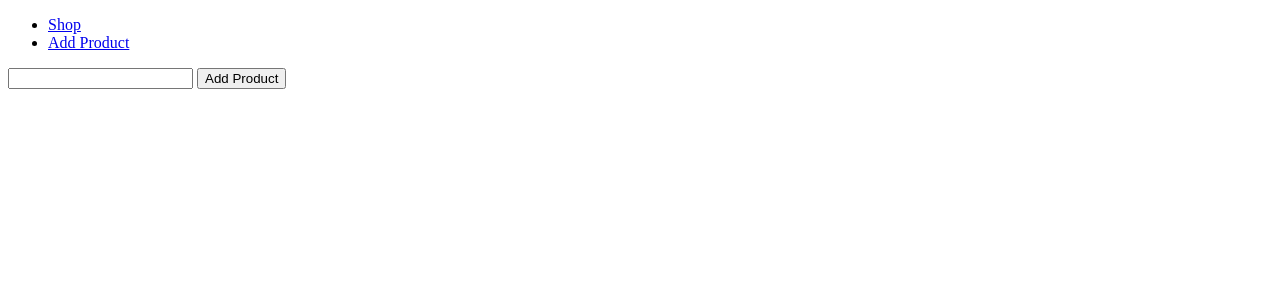
Repository: XavierJordaMurria/shop-assistance
Page: views/shop.html
The author's editor kept a copy of each file at every save. The page is drawn from the files as they stood at one save, then again after a run of saves.
The browser window is 1280 px wide. The pictures show the whole page.

Above is the page before, as saved 2021-01-14 08:05:32.

After the next 2 saves:
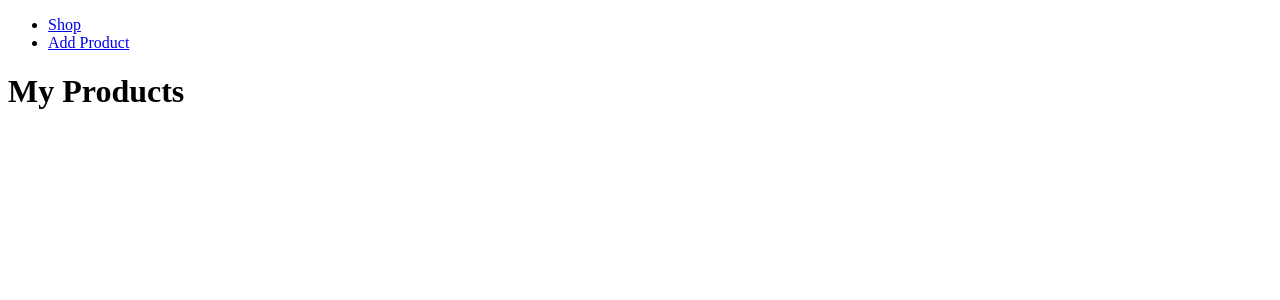
The 2 saves are shown as one change because they came seconds apart.
The last was saved 9 s later.
--- a/views/shop.html
+++ b/views/shop.html
@@ -17,10 +17,7 @@
         </nav>
     </header>
     <main>
-        <form action="/admin/add-product" , method="POST">
-            <input type="text" name="title">
-            <button type="submit">Add Product</button>
-        </form>
+        <h1>My Products</h1>
     </main>
 
 </body>
